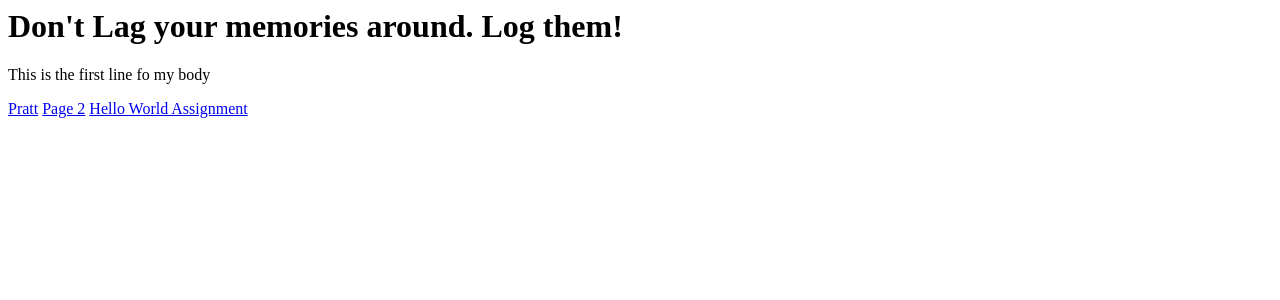
Repository: kesquili/kesquili.github.io
Page: index.html
The author's editor kept a record of every edit. The page is drawn from the files as they stood at one moment, then again after the next edit.
The browser window is 1280 px wide. The pictures show the whole page.

Above is the page before.

After the next edit:
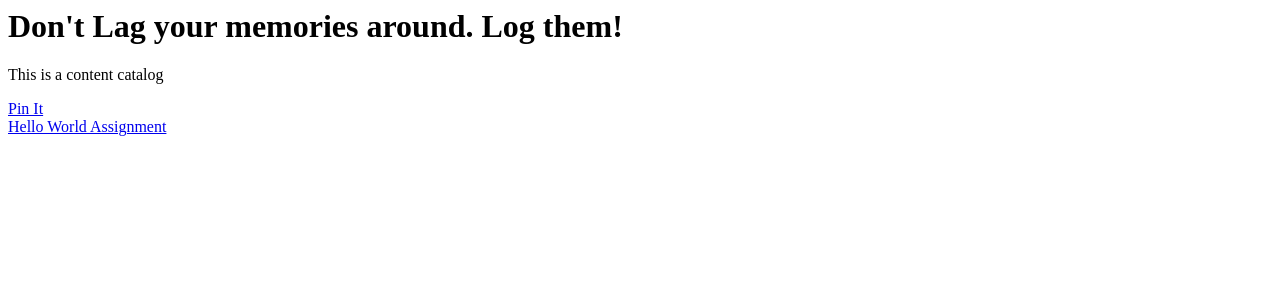
The edit:
--- a/index.html
+++ b/index.html
@@ -5,10 +5,9 @@
 
     <body>
         <h1>Don't Lag your memories around. Log them!</h1>
-            <p>This is the first line fo my body </p>
-        <a href="http://pratt.edu">Pratt</a>
-
-        <a href="project1/page2.html">Page 2</a>
+            <p>This is a content catalog </p>
+        <a href="http://pinterest.com">Pin It</a>
+         <br />
          <a href="hw.html">Hello World Assignment</a>
     </body>
 
